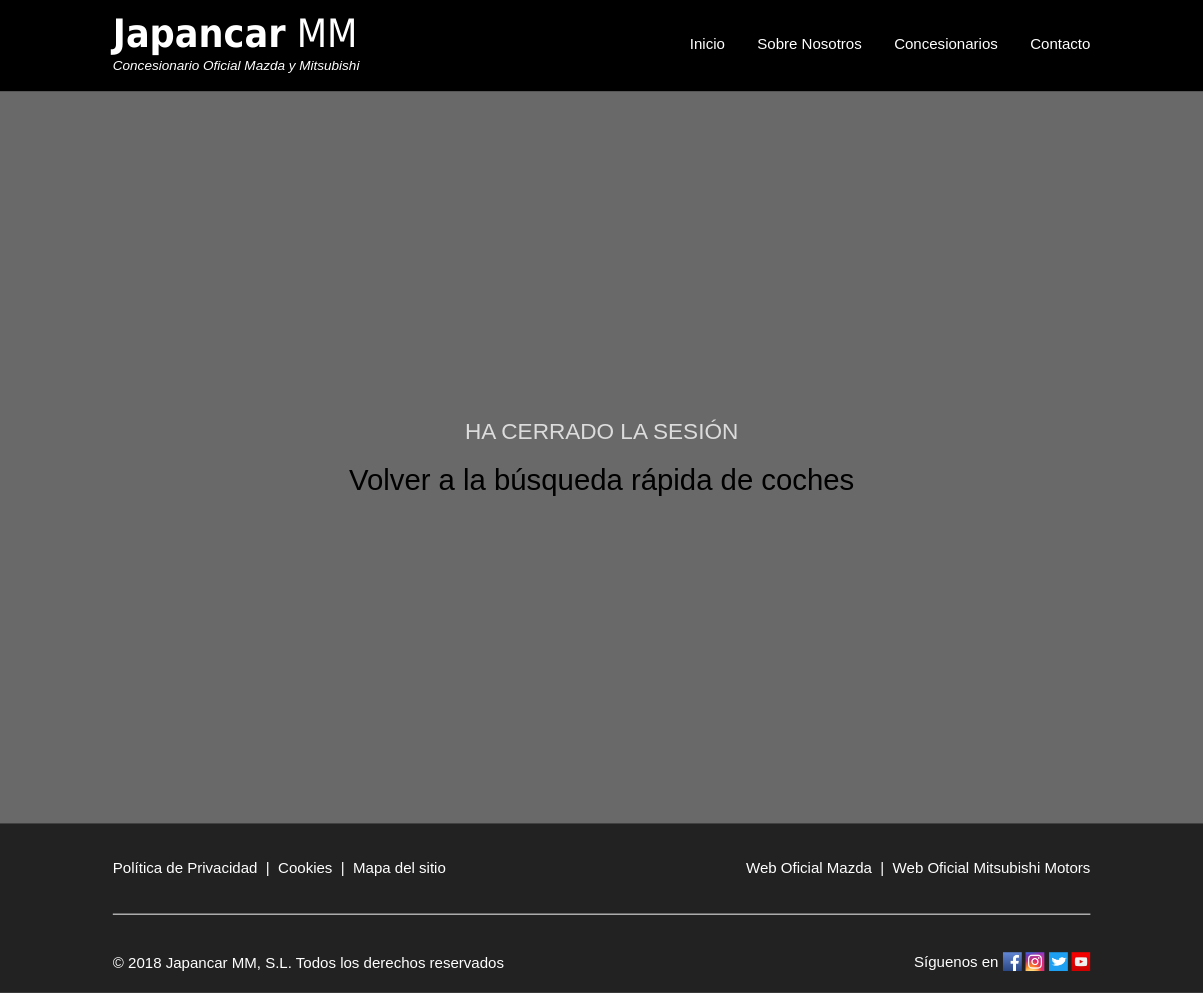
Repository: fjrm/Proyecto_1
Page: PruebaEE/WebContent/PaginaFin.html
These files come from the project's save history. The page is drawn as it stood at one moment and after the next save; the edit follows.
The browser window is 1280 px wide. The pictures show the whole page, at 94% of full size.
Some web libraries are served in a nearby version.

Above is the page before, as saved 2018-12-05 10:59:38.

After the next save:
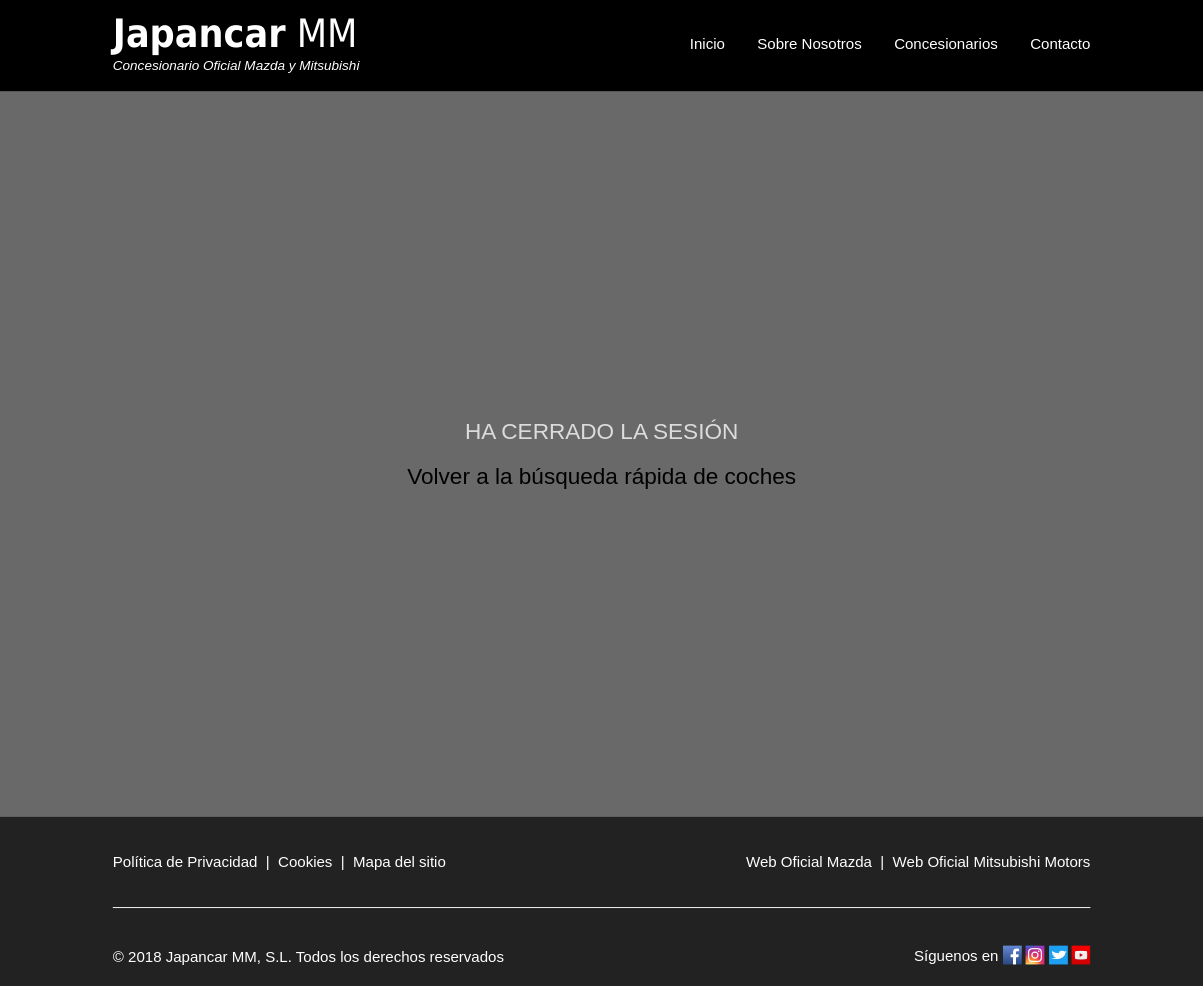
Saved 32 s later.
--- a/PruebaEE/WebContent/PaginaFin.html
+++ b/PruebaEE/WebContent/PaginaFin.html
@@ -57,7 +57,7 @@
 			HA CERRADO LA SESIÓN
 			<br>
 			<br>
-			<a style='font-size: 1.3em' href='http://localhost:8080/PruebaEE/envioPost.html'> Volver a la búsqueda rápida de coches</a>
+			<a style='font-size: 1em' href='http://localhost:8080/PruebaEE/envioPost.html'> Volver a la búsqueda rápida de coches</a>
 		</main>
 		<footer>
 			<section>
